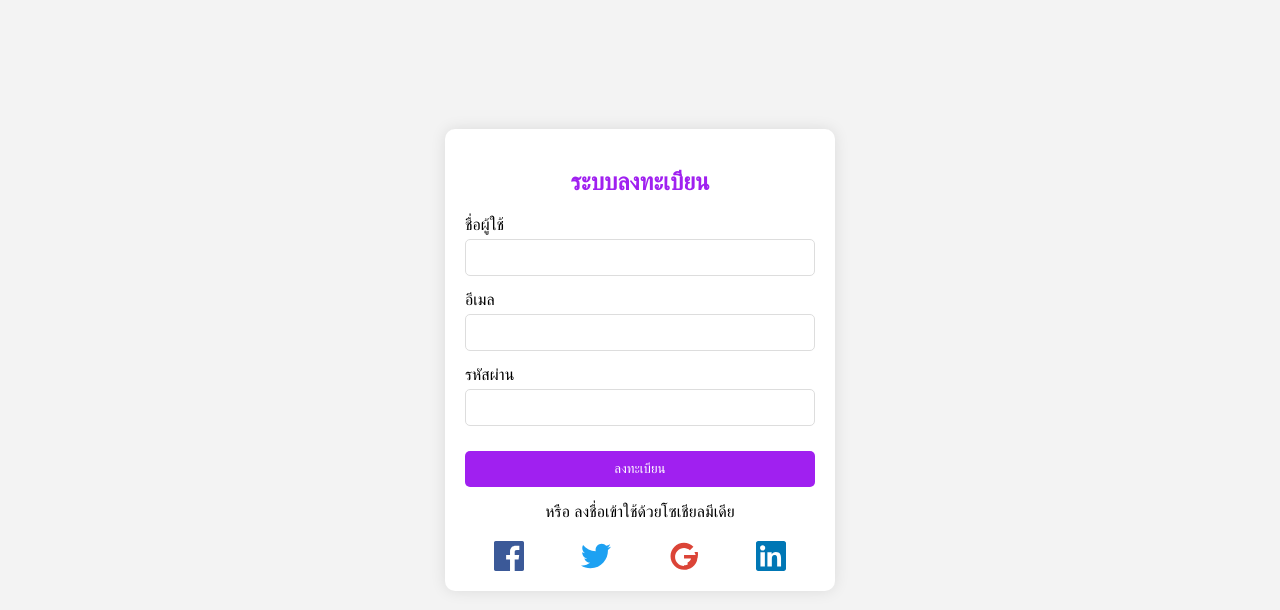
Repository: praifas16/ProPro
Page: docs/register.html
An editor plug-in stored every save of this project. The page is shown before and after the next save, followed by the edit.
The browser window is 1280 px wide. The pictures show the whole page.

Above is the page before, as saved 2024-08-21 15:33:16.

### docs/register.html
<!DOCTYPE html>
<html lang="th">

<head>
    <meta charset="UTF-8">
    <meta name="viewport" content="width=device-width, initial-scale=1.0">
    <title>หน้าเว็บลงทะเบียน</title>
    <style>
        /* เริ่มต้นส่วนของ CSS */

        body {
            font-family: Arial, sans-serif;
            background-color: #f3f3f3;
            margin: 0;
            padding: 0;
            display: flex;
            justify-content: center;
            align-items: center;
            height: 100vh;
        }

        .container {
            background-color: #fff;
            border-radius: 10px;
            box-shadow: 0 0 15px rgba(0, 0, 0, 0.1);
            padding: 20px;
            width: 350px;
        }

        .registration {
            text-align: center;
        }

        h2 {
            color: #a020f0;
            margin-bottom: 20px;
        }

        .input-group {
            margin-bottom: 15px;
            text-align: left;
        }

        label {
            display: block;
            margin-bottom: 5px;
        }

        input[type="text"],
        input[type="email"],
        input[type="password"] {
            width: 100%;
            padding: 10px;
            border: 1px solid #ddd;
            border-radius: 5px;
            box-sizing: border-box;
        }

        button {
            background-color: #a020f0;
            color: white;
            padding: 10px 15px;
            border: none;
            border-radius: 5px;
            cursor: pointer;
            width: 100%;
            margin-top: 10px;
        }

        button:hover {
            background-color: #8b008b;
        }

        .social-icons {
            display: flex;
            justify-content: space-around;
            margin-top: 20px;
        }

        .social-icons a {
            width: 30px;
            height: 30px;
            display: inline-block;
        }

        .social-icons a svg {
            width: 100%;
            height: 100%;
        }
        /* จบส่วนของ CSS */
    </style>
</head>

<body>
    <div class="container">
        <div class="registration">
            <h2>ระบบลงทะเบียน</h2>
            <form id="registerForm">
                <div class="input-group">
                    <label for="username">ชื่อผู้ใช้</label>
                    <input type="text" id="username" name="username" required>
                </div>
                <div class="input-group">
                    <label for="email">อีเมล</label>
                    <input type="email" id="email" name="email" required>
                </div>
                <div class="input-group">
                    <label for="password">รหัสผ่าน</label>
                    <input type="password" id="password" name="password" required>
                </div>
                <button type="submit">ลงทะเบียน</button>
            </form>
            <p>หรือ ลงชื่อเข้าใช้ด้วยโซเชียลมีเดีย</p>
            <div class="social-icons">
                <a href="#" aria-label="Facebook">
                    <svg xmlns="http://www.w3.org/2000/svg" fill="#3b5998" viewBox="0 0 24 24">
                        <path d="M22.675 0H1.326C.593 0 0 .593 0 1.326v21.349C0 23.406.593 24 1.326 24h11.49v-9.294H9.691V11.14h3.125V8.51c0-3.1 1.893-4.788 4.659-4.788 1.325 0 2.464.099 2.796.143v3.24l-1.918.001c-1.505 0-1.796.715-1.796 1.764v2.313h3.587l-.467 3.567h-3.12V24h6.116c.732 0 1.325-.594 1.325-1.325V1.326C24 .593 23.407 0 22.675 0z"/>
                    </svg>
                </a>
                <a href="#" aria-label="Twitter">
                    <svg xmlns="http://www.w3.org/2000/svg" fill="#1da1f2" viewBox="0 0 24 24">
                        <path d="M23.954 4.569c-.885.389-1.83.654-2.825.775 1.014-.611 1.794-1.574 2.163-2.724-.949.555-2.007.959-3.127 1.184-.896-.959-2.173-1.559-3.591-1.559-2.713 0-4.917 2.205-4.917 4.917 0 .39.045.765.127 1.124-4.083-.205-7.702-2.162-10.126-5.144-.423.729-.666 1.574-.666 2.476 0 1.71.87 3.214 2.188 4.096-.807-.026-1.566-.248-2.229-.616v.061c0 2.385 1.693 4.374 3.946 4.827-.413.111-.849.171-1.296.171-.317 0-.626-.03-.927-.086.626 1.956 2.444 3.381 4.6 3.421-1.685 1.319-3.808 2.105-6.115 2.105-.398 0-.79-.023-1.17-.069 2.179 1.397 4.768 2.212 7.557 2.212 9.054 0 14.003-7.496 14.003-13.986 0-.213-.004-.425-.014-.637.961-.694 1.8-1.562 2.46-2.548l-.047-.02z"/>
                    </svg>
                </a>
                <a href="#" aria-label="Google">
                    <svg xmlns="http://www.w3.org/2000/svg" fill="#db4437" viewBox="0 0 24 24">
                        <path d="M21.35 11.1h-9.33v2.8h5.58c-.243 1.2-1.19 2.5-2.73 3.21v2.6h4.42c2.6-2.4 3.91-5.91 3.91-8.92 0-.65-.06-1.29-.17-1.91h-2.68zm-9.33 8.8c-3.94 0-7.16-3.22-7.16-7.16s3.22-7.16 7.16-7.16c1.88 0 3.48.71 4.68 1.88l2.84-2.84c-2.11-1.96-4.88-3.16-7.52-3.16-5.96 0-10.8 4.84-10.8 10.8s4.84 10.8 10.8 10.8c5.17 0 9.49-3.57 10.62-8.33h-4.42c-.91 2.75-3.53 4.69-6.2 4.69z"/>
                    </svg>
                </a>
                <a href="#" aria-label="LinkedIn">
                    <svg xmlns="http://www.w3.org/2000/svg" fill="#0077b5" viewBox="0 0 24 24">
                        <path d="M22.23 0H1.77C.79 0 0 .78 0 1.75v20.49C0 23.22.78 24 1.77 24h20.46c.97 0 1.77-.78 1.77-1.76V1.75C24 .78 23.2 0 22.23 0zM7.09 20.45H3.56V9h3.53v11.45zM5.32 7.57c-1.14 0-2.07-.93-2.07-2.07 0-1.14.93-2.07 2.07-2.07 1.14 0 2.07.93 2.07 2.07 0 1.13-.93 2.07-2.07 2.07zm15.13 12.88h-3.53V14.5c0-1.42-.03-3.24-1.97-3.24-1.98 0-2.28 1.54-2.28 3.13v6.06h-3.54V9h3.4v1.56h.05c.47-.9 1.6-1.84 3.29-1.84 3.52 0 4.17 2.32 4.17 5.34v6.39z"/>
                    </svg>
                </a>
            </div>
        </div>
    </div>
    <script>
        // เริ่มต้นส่วนของ JavaScript
        document.getElementById('registerForm').addEventListener('submit', function(event) {
            event.preventDefault(); // ป้องกันการรีเฟรชหน้าเว็บเมื่อฟอร์มถูกส่ง

            const username = document.getElementById('username').value;
            const email = document.getElementById('email').value;
            const password = document.getElementById('password').value;

            console.log('กำลังลงทะเบียน:', username, email, password);

            // ที่นี่สามารถเพิ่มโค้ดเพื่อส่งข้อมูลไปยังเซิร์ฟเวอร์ได้
        });
        // จบส่วนของ JavaScript
    </script>
</body>

</html>

After the next save:
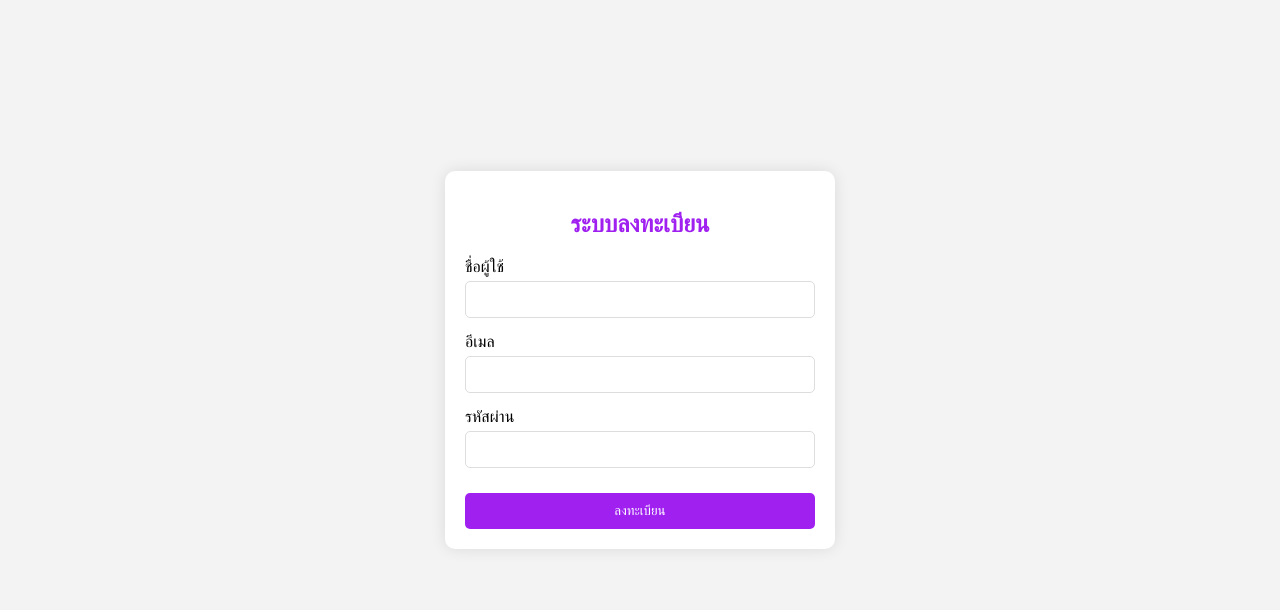
Saved 25 s later.
--- a/docs/register.html
+++ b/docs/register.html
@@ -110,30 +110,8 @@
                 </div>
                 <button type="submit">ลงทะเบียน</button>
             </form>
-            <p>หรือ ลงชื่อเข้าใช้ด้วยโซเชียลมีเดีย</p>
-            <div class="social-icons">
-                <a href="#" aria-label="Facebook">
-                    <svg xmlns="http://www.w3.org/2000/svg" fill="#3b5998" viewBox="0 0 24 24">
-                        <path d="M22.675 0H1.326C.593 0 0 .593 0 1.326v21.349C0 23.406.593 24 1.326 24h11.49v-9.294H9.691V11.14h3.125V8.51c0-3.1 1.893-4.788 4.659-4.788 1.325 0 2.464.099 2.796.143v3.24l-1.918.001c-1.505 0-1.796.715-1.796 1.764v2.313h3.587l-.467 3.567h-3.12V24h6.116c.732 0 1.325-.594 1.325-1.325V1.326C24 .593 23.407 0 22.675 0z"/>
-                    </svg>
-                </a>
-                <a href="#" aria-label="Twitter">
-                    <svg xmlns="http://www.w3.org/2000/svg" fill="#1da1f2" viewBox="0 0 24 24">
-                        <path d="M23.954 4.569c-.885.389-1.83.654-2.825.775 1.014-.611 1.794-1.574 2.163-2.724-.949.555-2.007.959-3.127 1.184-.896-.959-2.173-1.559-3.591-1.559-2.713 0-4.917 2.205-4.917 4.917 0 .39.045.765.127 1.124-4.083-.205-7.702-2.162-10.126-5.144-.423.729-.666 1.574-.666 2.476 0 1.71.87 3.214 2.188 4.096-.807-.026-1.566-.248-2.229-.616v.061c0 2.385 1.693 4.374 3.946 4.827-.413.111-.849.171-1.296.171-.317 0-.626-.03-.927-.086.626 1.956 2.444 3.381 4.6 3.421-1.685 1.319-3.808 2.105-6.115 2.105-.398 0-.79-.023-1.17-.069 2.179 1.397 4.768 2.212 7.557 2.212 9.054 0 14.003-7.496 14.003-13.986 0-.213-.004-.425-.014-.637.961-.694 1.8-1.562 2.46-2.548l-.047-.02z"/>
-                    </svg>
-                </a>
-                <a href="#" aria-label="Google">
-                    <svg xmlns="http://www.w3.org/2000/svg" fill="#db4437" viewBox="0 0 24 24">
-                        <path d="M21.35 11.1h-9.33v2.8h5.58c-.243 1.2-1.19 2.5-2.73 3.21v2.6h4.42c2.6-2.4 3.91-5.91 3.91-8.92 0-.65-.06-1.29-.17-1.91h-2.68zm-9.33 8.8c-3.94 0-7.16-3.22-7.16-7.16s3.22-7.16 7.16-7.16c1.88 0 3.48.71 4.68 1.88l2.84-2.84c-2.11-1.96-4.88-3.16-7.52-3.16-5.96 0-10.8 4.84-10.8 10.8s4.84 10.8 10.8 10.8c5.17 0 9.49-3.57 10.62-8.33h-4.42c-.91 2.75-3.53 4.69-6.2 4.69z"/>
-                    </svg>
-                </a>
-                <a href="#" aria-label="LinkedIn">
-                    <svg xmlns="http://www.w3.org/2000/svg" fill="#0077b5" viewBox="0 0 24 24">
-                        <path d="M22.23 0H1.77C.79 0 0 .78 0 1.75v20.49C0 23.22.78 24 1.77 24h20.46c.97 0 1.77-.78 1.77-1.76V1.75C24 .78 23.2 0 22.23 0zM7.09 20.45H3.56V9h3.53v11.45zM5.32 7.57c-1.14 0-2.07-.93-2.07-2.07 0-1.14.93-2.07 2.07-2.07 1.14 0 2.07.93 2.07 2.07 0 1.13-.93 2.07-2.07 2.07zm15.13 12.88h-3.53V14.5c0-1.42-.03-3.24-1.97-3.24-1.98 0-2.28 1.54-2.28 3.13v6.06h-3.54V9h3.4v1.56h.05c.47-.9 1.6-1.84 3.29-1.84 3.52 0 4.17 2.32 4.17 5.34v6.39z"/>
-                    </svg>
-                </a>
-            </div>
         </div>
+    </div>
     </div>
     <script>
         // เริ่มต้นส่วนของ JavaScript
